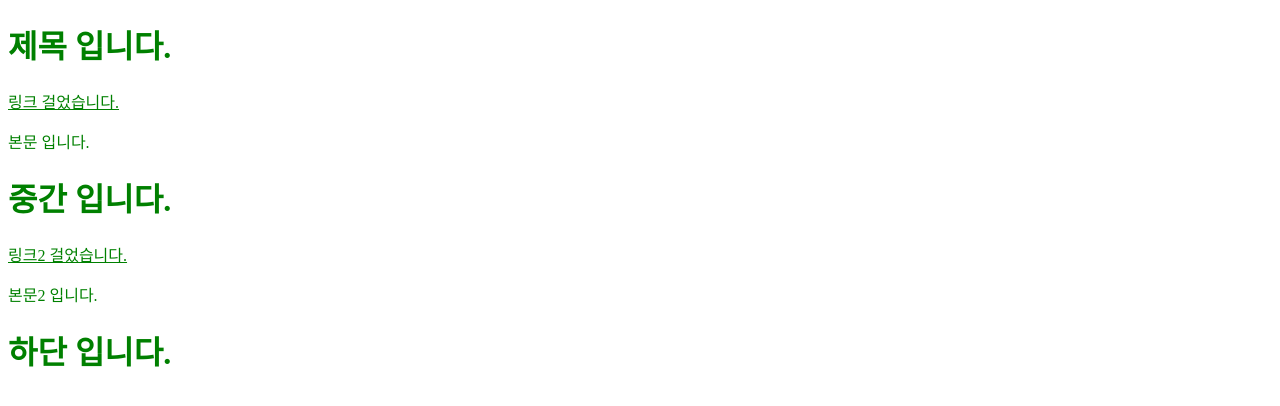
Repository: Pang-Ho/TIL
Page: JavaScript/workspace_web/csstest/WebContent/selector.html
The author's editor kept a copy of each file at every save. The page is drawn from the files as they stood at one save, then again after the next save.
The browser window is 1280 px wide. The pictures show the whole page.

Above is the page before, as saved 2021-08-20 04:46:02.

### JavaScript/workspace_web/csstest/WebContent/selector.html
<!DOCTYPE html>
<html>
<head>
<meta charset="UTF-8">
<title>Insert title here</title>
<style type="text/css">
	<h1> {color : green;}
	* {color:green}
</style>
</head>
<body>
<h1> 제목 입니다.</h1>

 <a href=""> 링크 걸었습니다.</a>

<p> 본문 입니다.</p>

<h1> 중간 입니다.</h1>
<a href="">링크2 걸었습니다.</a>
<p> 본문2 입니다.</p>

<h1> 하단 입니다.</h1>
</body>
</html>

After the next save:
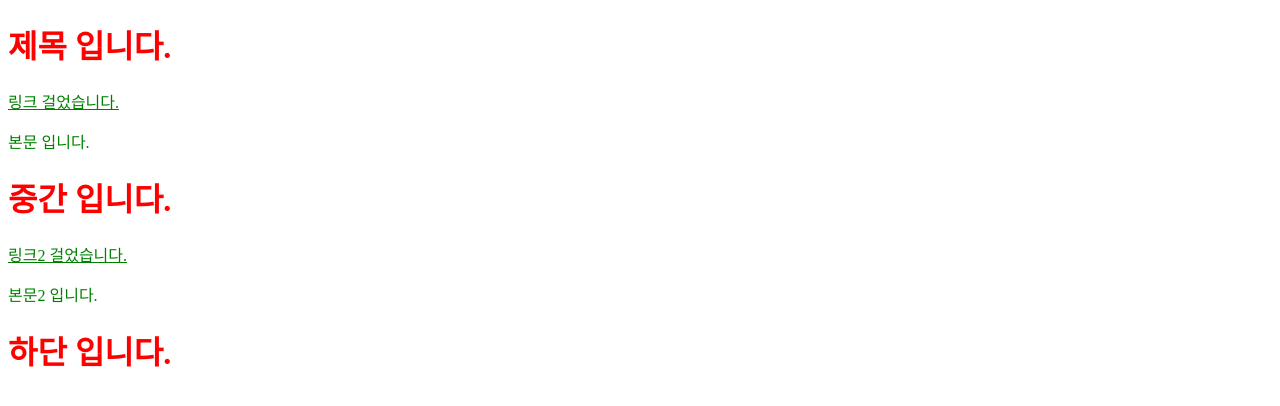
Saved 22 s later.
--- a/JavaScript/workspace_web/csstest/WebContent/selector.html
+++ b/JavaScript/workspace_web/csstest/WebContent/selector.html
@@ -4,7 +4,7 @@
 <meta charset="UTF-8">
 <title>Insert title here</title>
 <style type="text/css">
-	<h1> {color : green;}
+	h1 {color : red;}
 	* {color:green}
 </style>
 </head>
